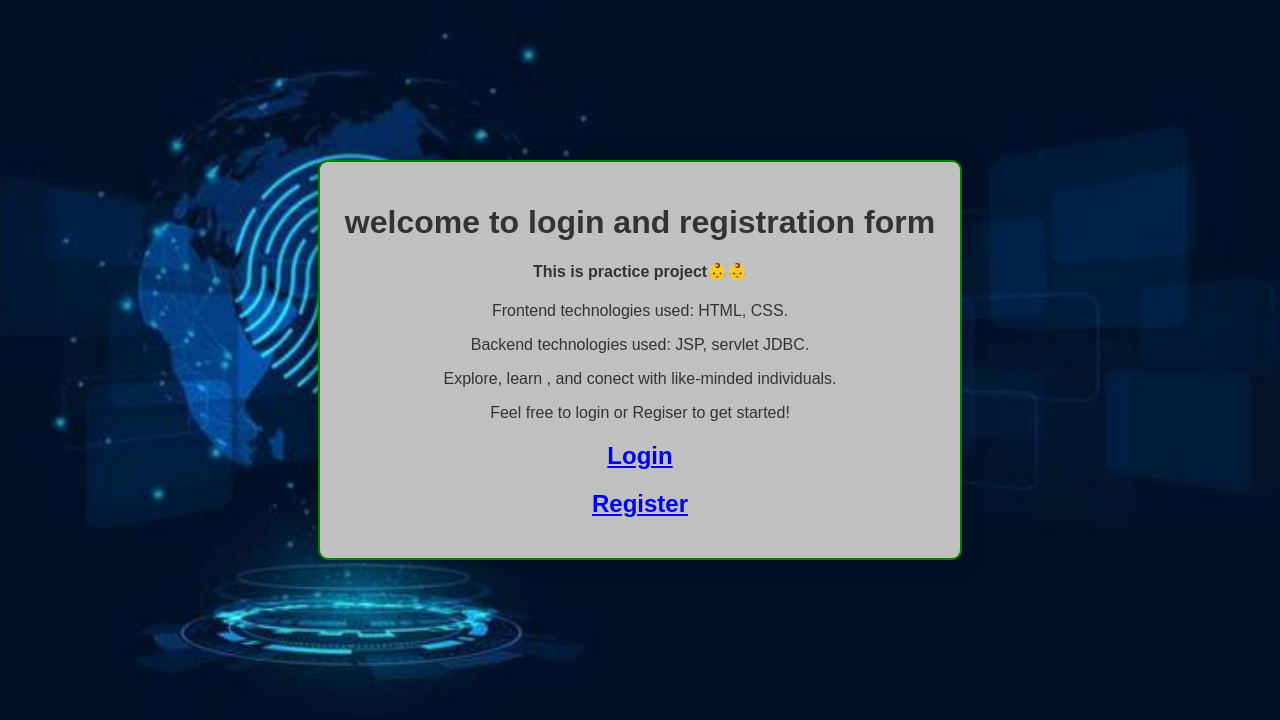
Repository: Rajivkumar2023/java-practice
Page: http://localhost/Login-Registration/
These files come from the project's save history. The page is drawn as it stood at one moment and after the next save; the edit follows.
The browser window is 1280 px wide. The pictures show the whole page.
The page is served by Tomcat 10. Other server files are loaded and not shown.

Above is the page before, as saved 2024-07-31 09:34:24.

### Login-Registration/src/main/webapp/index.html
<!DOCTYPE html>
<html>
<head>
<meta charset="UTF-8">
<title>Insert title here</title>
<link rel="stylesheet" type="text/css" href="index.css">
</head>
<body>
<div class="containter">
	<h1> welcome to login and registration form</h1>
	<h4><b>This is practice project👶👶</b></h4>
	<p>Frontend technologies used: HTML, CSS. </p>
	<P> Backend technologies used: JSP, servlet JDBC.</P>
	<P> Explore, learn , and conect with like-minded individuals.</P>
	<p> Feel free to login or Regiser to get started!</p>
	<div class="links">
		<a href="login.jsp"><h2>Login</h2></a>

		<a href="register.jsp"><h2>Register</h2></a>
	</div>
</div>
</body>
</html>

### Login-Registration/src/main/webapp/index.css
@charset "UTF-8";
body{
	align-items:center;
	background-color:#BEFD6C;
	font-family:'Arial', sans-sarif;
	justify-content:center;
	height:100vh;
	margin:0;
	background-color:#BEFD6C;
	background-image:url('background_img.jpg');
	background-size:cover;
	background-position:center center;
	background-repeat: no-repeat;
	color:#333;
	display:flex;
	flex-direction:column;
}
.containter{
	width:600px;
	padding:20px;
	border-radius:10px;
	box-shadow: 0 0 20px rgba(0,0,1,0.4);
	background-color:#c0c0c0;
	text-align:center;
	border:2px solid green;

}

After the next save:
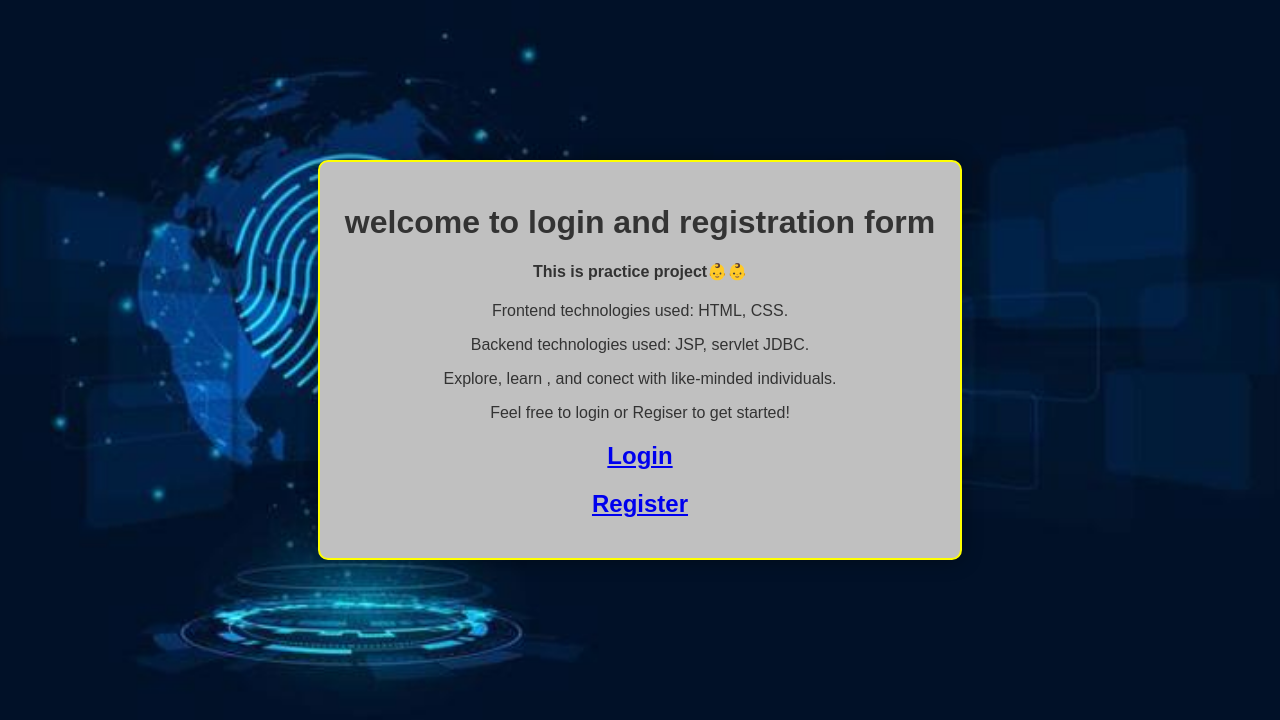
Saved 14 s later.
--- a/Login-Registration/src/main/webapp/index.css
+++ b/Login-Registration/src/main/webapp/index.css
@@ -22,6 +22,6 @@ body{
 	box-shadow: 0 0 20px rgba(0,0,1,0.4);
 	background-color:#c0c0c0;
 	text-align:center;
-	border:2px solid green;
+	border:2px solid yellow;
 
 }
